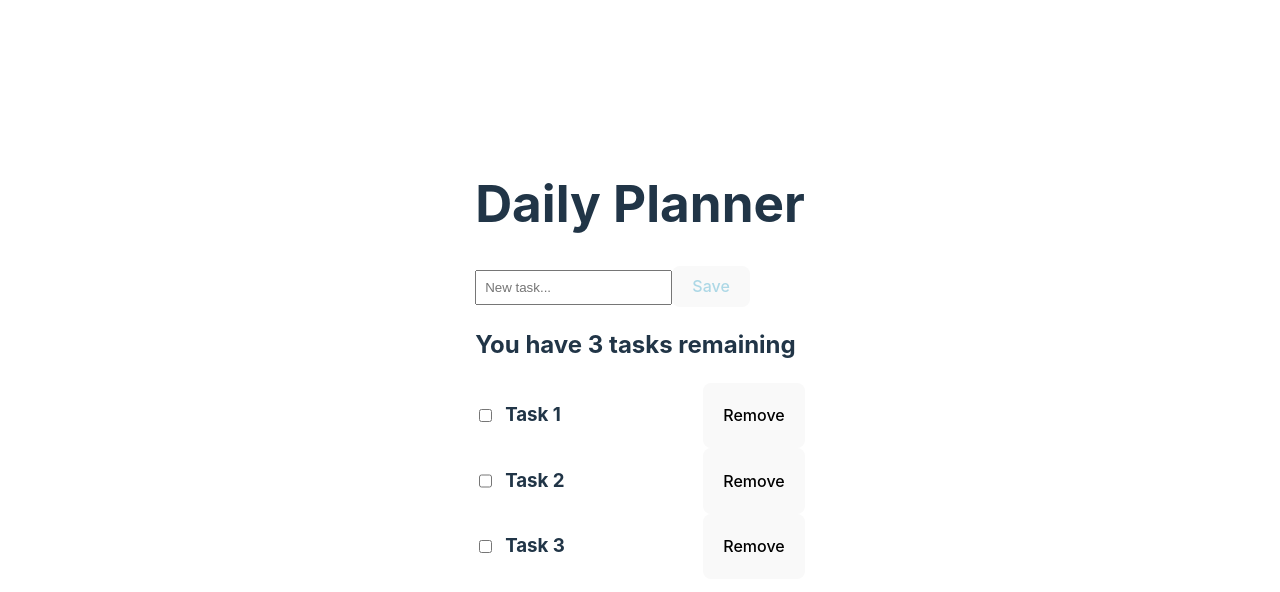
Repository: Vanessahyc/COMP3170_Week6_Lab4
Page: /
These files come from the project's save history. The page is drawn as it stood at one moment and after the next save; the edit follows.
The browser window is 1280 px wide. The pictures show the whole page.
The project was rebuilt for these pictures with package versions that can differ from the ones it lists, and the page was loaded fresh each time. Also part of the build but not shown: vite.config.js.

Above is the page before, as saved 2024-10-20 00:22:19.

### src/App.jsx
import { useState } from 'react';
// import reactLogo from './assets/react.svg'
// import viteLogo from '/vite.svg'
import './App.css';
import TaskList from './components/TaskList';
import { initialTasksList } from './data/initialTasksList';


function App() {
  const [preTaskList, setPreTaskList] = useState(initialTasksList);

  const [newTask, setNewTask] = useState('');

  const handleInputChange = (e) => {setNewTask(e.target.value);};

  const handleSave = (e) => {
    e.preventDefault();
    if (newTask.trim()) {
      const newTaskDefault = {id: preTaskList.length ? preTaskList[preTaskList.length - 1].id + 1 : 1, task: newTask, completed: false};
      setPreTaskList([...preTaskList, newTaskDefault]);
      setNewTask('');
    }
  };

  const handleRemove = (taskId) => {
    setPreTaskList(prevTasksStatus => prevTasksStatus.filter(task => task.id !== taskId));
  };

  const handleToggleCheckbox = (taskId) => {
    setPreTaskList(prevTasksStatus => prevTasksStatus.map(task => task.id === taskId ? { ...task, completed: !task.completed } : task ));
  };

  return (
    <>
      <header>
        <h1>Daily Planner</h1>
      </header>
      <form onSubmit={handleSave}>
        <input type='text' className='input_box' placeholder='New task...' value={newTask} onChange={handleInputChange}/>
        <button type='submit'className='save_btn'>Save</button>
      </form>
      <TaskList taskRemain={preTaskList} onRemove={handleRemove} onToggle={handleToggleCheckbox} />
    </>
  )
}

export default App

### src/App.css
#root {
  max-width: 1280px;
  margin: 0 auto;
  padding: 2rem;
}

.logo {
  height: 6em;
  padding: 1.5em;
  will-change: filter;
  transition: filter 300ms;
}
.logo:hover {
  filter: drop-shadow(0 0 2em #646cffaa);
}
.logo.react:hover {
  filter: drop-shadow(0 0 2em #61dafbaa);
}

@keyframes logo-spin {
  from {
    transform: rotate(0deg);
  }
  to {
    transform: rotate(360deg);
  }
}

@media (prefers-reduced-motion: no-preference) {
  a:nth-of-type(2) .logo {
    animation: logo-spin infinite 20s linear;
  }
}

.card {
  padding: 2em;
}

.read-the-docs {
  color: #888;
}

.task {
  list-style: none;
  display: flex;
  justify-content: space-between;
}

.task_title {
  display: flex;
  gap: 10px;
}

.input_box {
  padding: 8px;
}

.save_btn {
  color: lightblue;
}

### src/components/TaskList.jsx
export default function TaskList({ taskRemain, onRemove, onToggle }) {

  const tasksNum = taskRemain.filter(task => !task.completed).length;


  const taskList = taskRemain.map((tasksItem) => (
    <div key={tasksItem.id} className="task">
      <div className="task_title">
        <input type="checkbox" checked={tasksItem.completed} onChange={() => onToggle(tasksItem.id)} />
        <h3>{tasksItem.task}</h3>
      </div>
      <button onClick={() => onRemove(tasksItem.id)}>Remove</button>
    </div>
  ));

  return (
    <>
      <h2>You have {tasksNum} tasks remaining</h2>
      <div className="tasklist_container">
        {taskList}
      </div>
    </>
  );
}

### src/data/initialTasksList.js
export const initialTasksList = [
    {
      id: 1,
      task: 'Task 1',
      completed: false
    },
    {
      id: 2,
      task: 'Task 2',
      completed: false
    },
    { id: 3,
      task: 'Task 3',
      completed: false
    }
  ];

Loaded but not shown: index.html (common file); src/main.jsx (common file); src/index.css (common file)

After the next save:
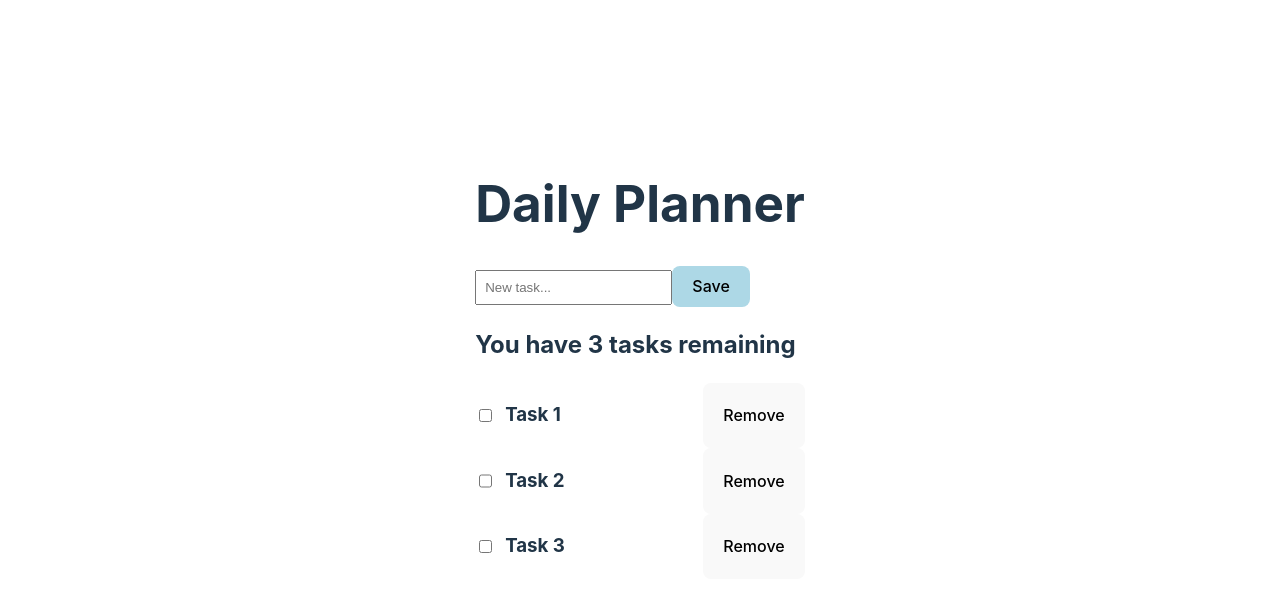
Saved 8 s later.
--- a/src/App.css
+++ b/src/App.css
@@ -56,5 +56,5 @@
 }
 
 .save_btn {
-  color: lightblue;
+  background-color: lightblue;
 }
